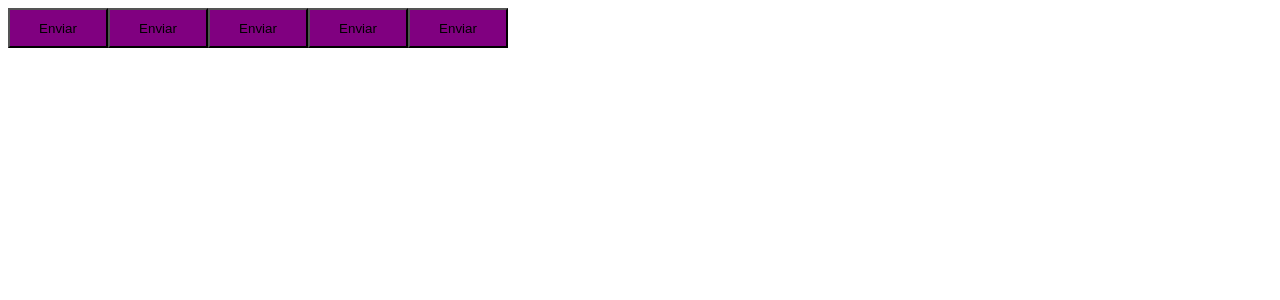
Repository: VictorDS87/Timer
Page: /
An editor plug-in stored every save of this project. The page is shown before and after the next save, followed by the edit.
The browser window is 1280 px wide. The pictures show the whole page.
The project was rebuilt for these pictures with package versions that can differ from the ones it lists, and the page was loaded fresh each time.

Above is the page before, as saved 2022-11-21 13:11:52.

After the next save:
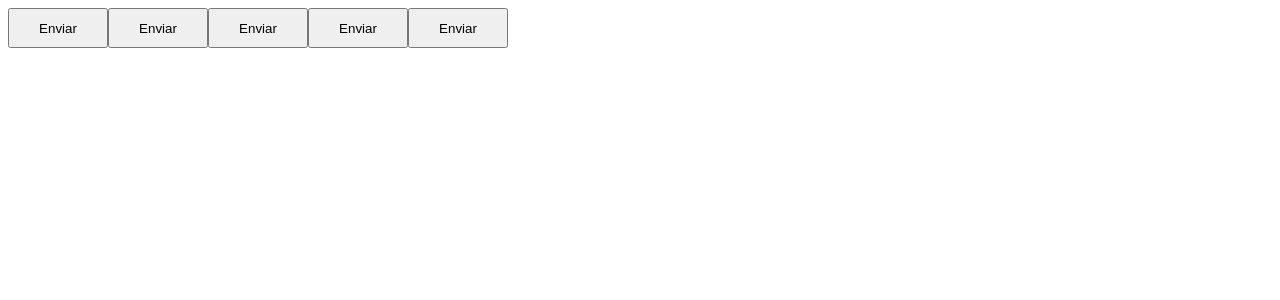
Saved 13 s later.
--- a/src/components/Button.styles.ts
+++ b/src/components/Button.styles.ts
@@ -17,7 +17,7 @@ export const ButtonContainer = styled.button<ButtonContainerProps>`
   width: 100px;
   height: 40px;
 
-  background-color: ${props => props.theme.primary}
+  background-color: ${props => props.theme.secudary}
 
   /* ${props => {
     return `background-color: ${buttonVariants[props.variant]}`
